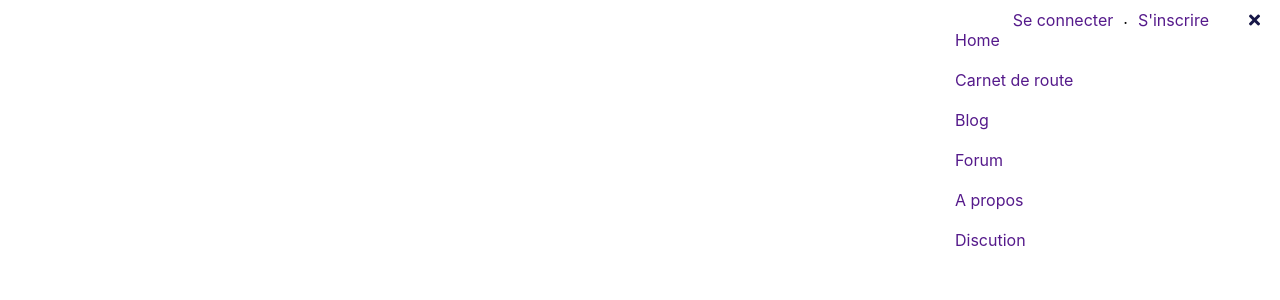
Repository: ypiard85/korean-place
Page: templates/home/index.html.twig
The author's editor kept a copy of each file at every save. The page is drawn from the files as they stood at one save, then again after the next save.
The browser window is 1280 px wide. The pictures show the whole page.
Some web libraries are served in a nearby version. The page is a Twig template of a Symfony application; nobody is signed in and links lead nowhere. The template is opened directly, without the code that normally fills it, so the values that code supplies are empty.

Above is the page before, as saved 2021-02-10 23:21:06.

After the next save:
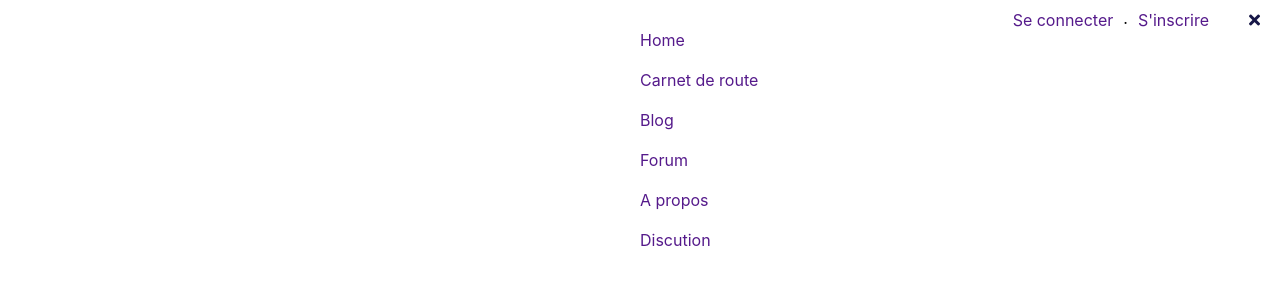
Saved 5 s later.
--- a/public/css/style.css
+++ b/public/css/style.css
@@ -105,7 +105,7 @@ ul{
 .mobile_link ul{
     display: grid;
     grid-gap: 20px;
-    padding-left: 75%;
+    padding-left: 50%;
 
 }
 
